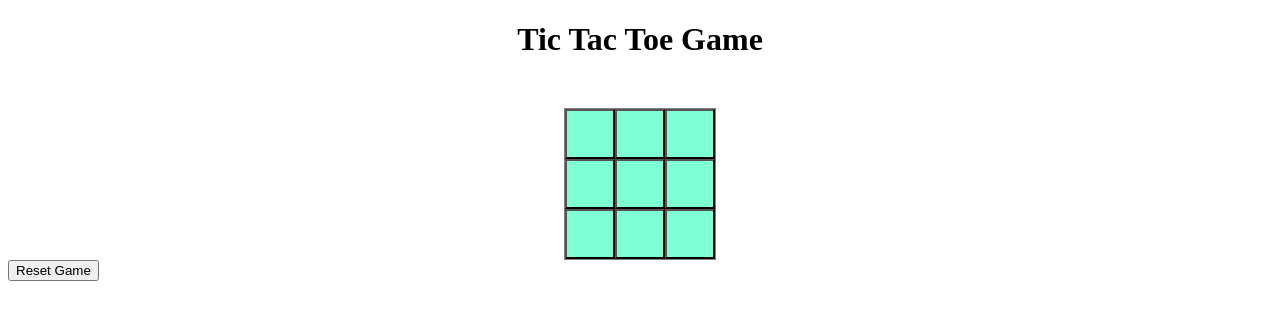
Repository: Wahid137/tic-tac-toe-game
Page: /
The author's editor kept a copy of each file at every save. The page is drawn from the files as they stood at one save, then again after the next save.
The browser window is 1280 px wide. The pictures show the whole page.
The project was rebuilt for these pictures with package versions that can differ from the ones it lists, and the page was loaded fresh each time. Also part of the build but not shown: vite.config.js, src/index.css.

Above is the page before, as saved 2023-09-18 01:41:25.

After the next save:
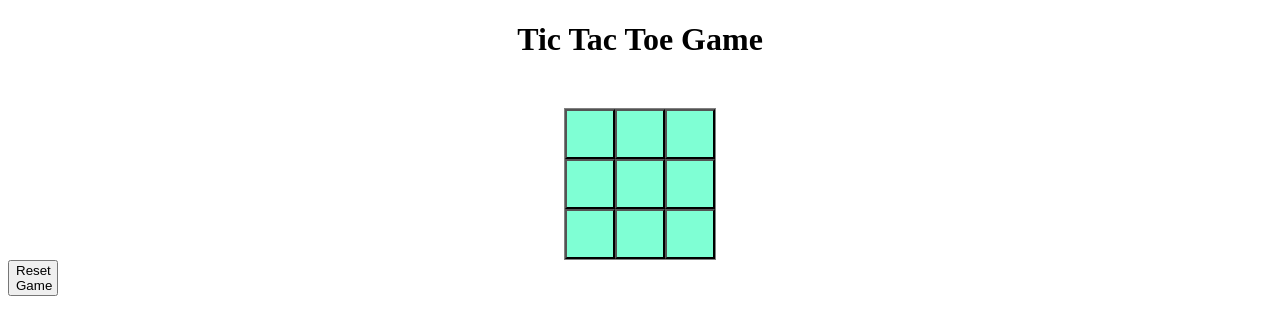
Saved 91 s later.
--- a/src/App.css
+++ b/src/App.css
@@ -20,3 +20,7 @@ h1{
   cursor: pointer;
   background-color: aquamarine;
 }
+
+button{
+  width: 50px;
+}
